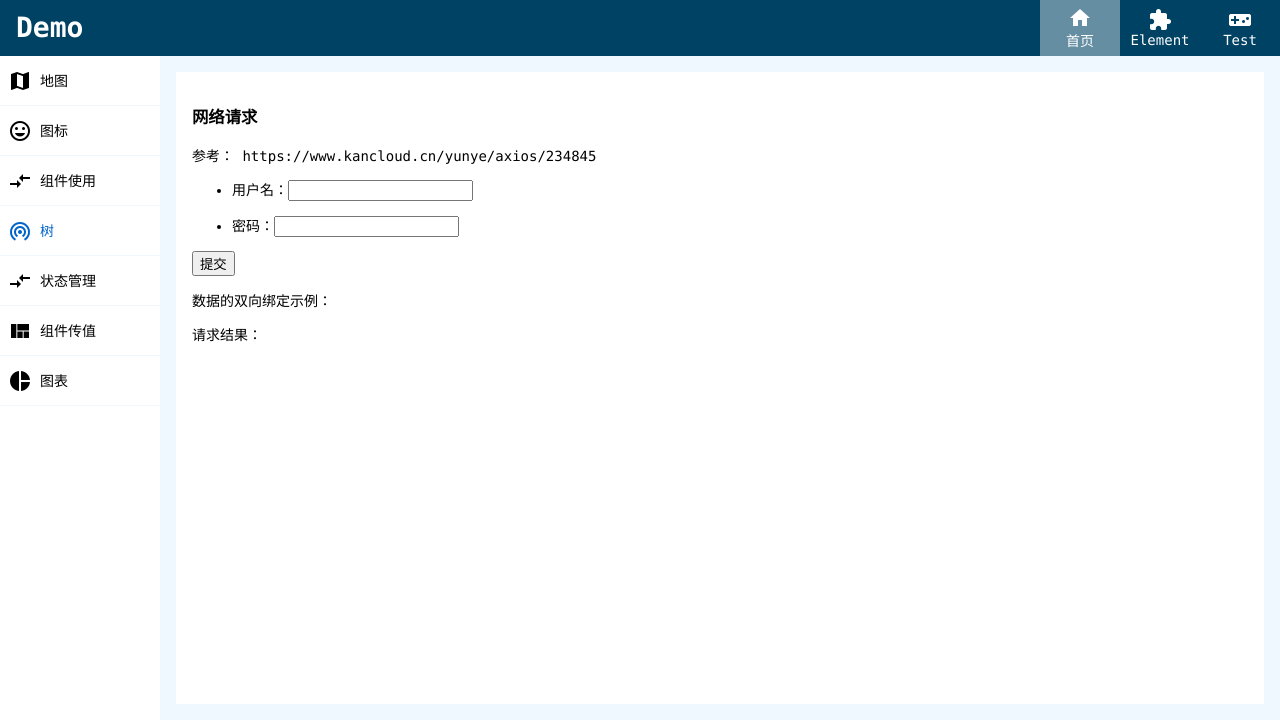
Repository: zh-webliker/element-vue
Page: /Main/Requesting
These files come from the project's save history. The page is drawn as it stood at one moment and after the next save; the edit follows.
The browser window is 1280 px wide. The pictures show the whole page.
The project was rebuilt for these pictures with package versions that can differ from the ones it lists, and the page was loaded fresh each time. Also part of the build but not shown: vue.config.js. Imported but missing from the stored project, and not drawn on this page: src/json/contour, src/json/hl.

Above is the page before, as saved 2020-08-20 14:42:43.

After the next save:
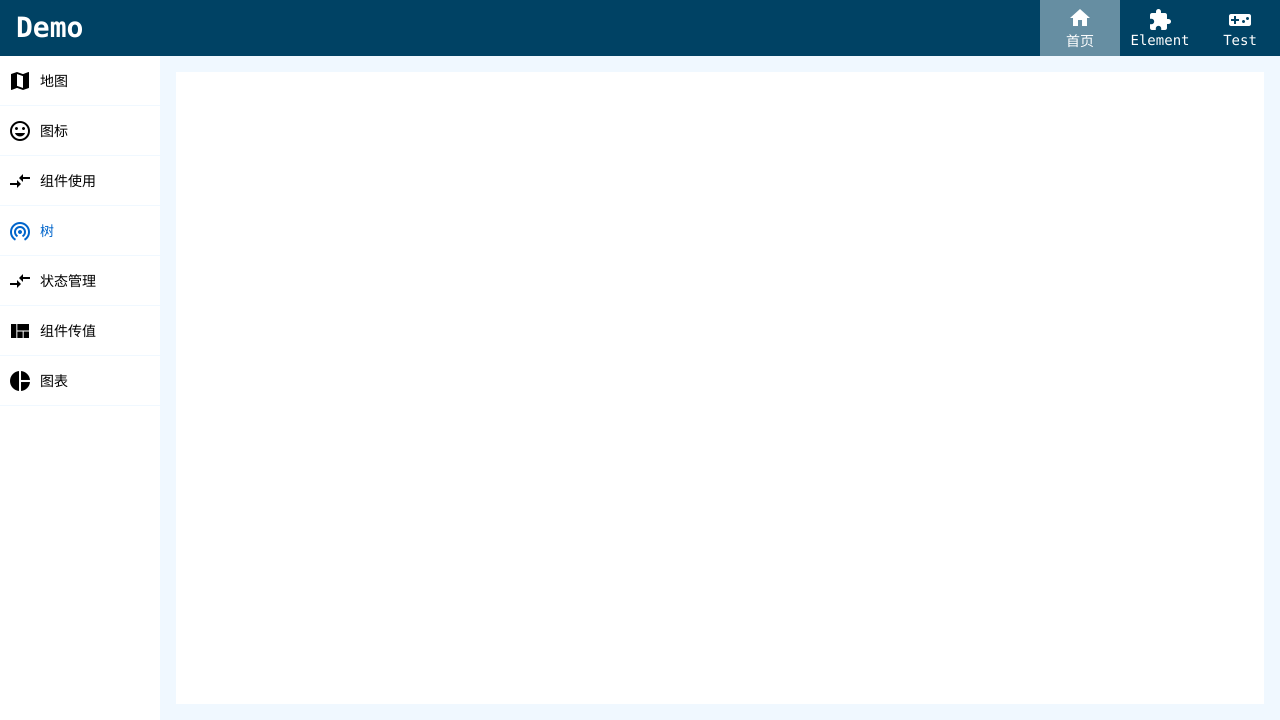
Saved 39 s later.
--- a/src/views/main/Requesting.vue
+++ b/src/views/main/Requesting.vue
@@ -1,45 +1,5 @@
 <template>
   <div>
-    <h3>网络请求</h3>
-
-    <p>
-      参考：
-      <a href="https://www.kancloud.cn/yunye/axios/234845" target="_blank">
-        https://www.kancloud.cn/yunye/axios/234845
-      </a>
-    </p>
-
-    <form>
-      <ul>
-        <li>
-          <p>
-            <span>用户名：</span>
-            <input type="text" required v-model="username"/>
-          </p>
-        </li>
-        <li>
-          <p>
-            <span>密码：</span>
-            <input type="text" required v-model="password"/>
-          </p>
-        </li>
-      </ul>
-    </form>
-    <button @click="request">提交</button>
-
-    <p>数据的双向绑定示例：</p>
-    <p>
-      <!-- v-if为条件渲染，当满足条件时才会渲染这一段html -->
-      <span v-if="username !== ''">用户名：{{username}}</span>
-
-      <!-- v-show则无论如何都会渲染，但是只有满足条件时才会显示。不满足时可以看到样式中为 display:none -->
-      <span v-show="username !== '' && password !== ''"> , </span>
-
-      <span v-if="password !== ''">密码：{{password}}</span>
-    </p>
-
-    <p>请求结果：</p>
-    <p>{{result}}</p>
   </div>
 </template>
 
@@ -48,35 +8,17 @@
     name: "Requesting",
     data(){
       return {
-        username: "",
-        password: "",
-        result: ""
       }
     },
 
     methods: {
 
       request(){
-        this.$axios.post('userLogin.action', {
-          name: self.username,
-          pwd: self.password
-        }).then(response=>{
-          this.result = response;
-        }).catch(error=>{
-          this.result = "请求错误";
-          throw error;
-        })
       }
     },
 
     //监听
     watch:{
-      username(){
-        this.result = "";
-      },
-      password(){
-        this.result = "";
-      }
     }
   }
 </script>
